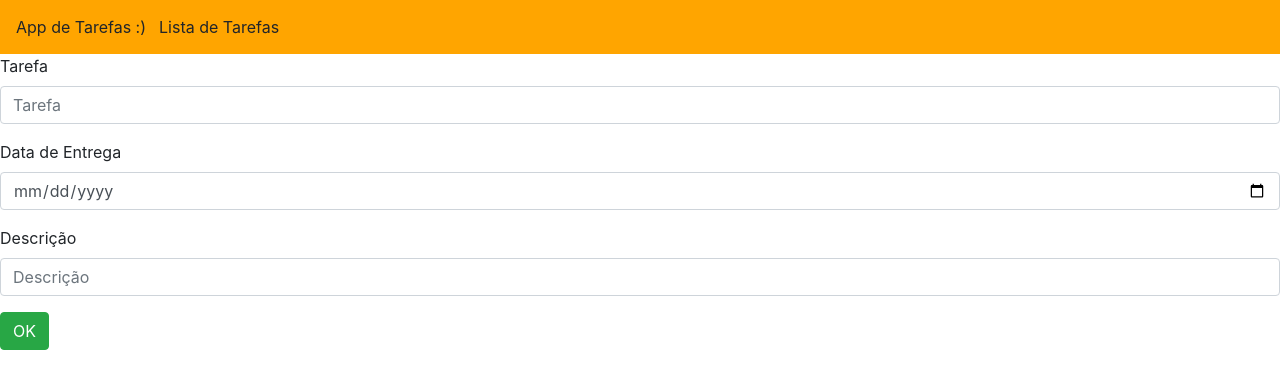
Repository: sophiaks/CRUD
Page: http://localhost/Projeto1/Views/adiciona.jsp
An editor plug-in stored every save of this project. The page is shown before and after the next save, followed by the edit.
The browser window is 1280 px wide. The pictures show the whole page.
The page is served by Tomcat 9. Nobody is signed in. The application's start-up code is not run.

Above is the page before, as saved 2020-09-23 19:23:21.

After the next save:
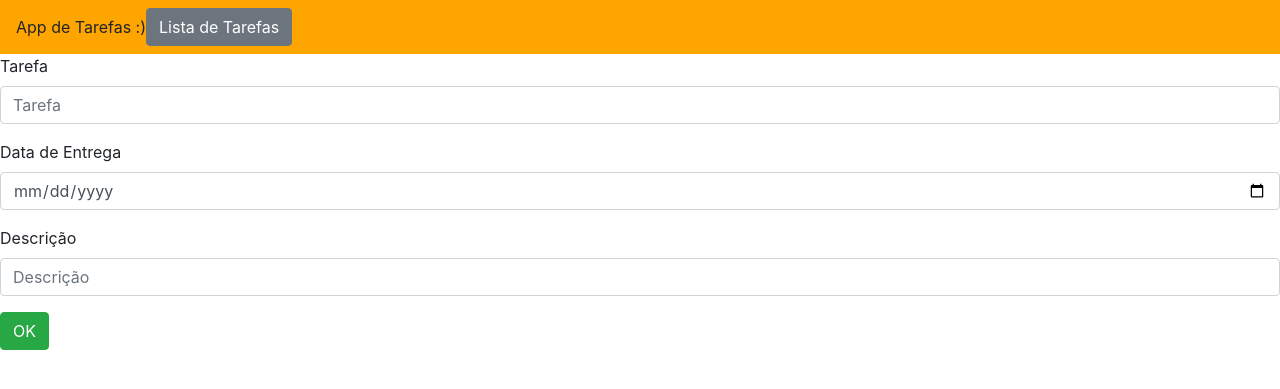
Saved 57 s later.
--- a/WorkspaceP1/Projeto1/WebContent/Views/adiciona.jsp
+++ b/WorkspaceP1/Projeto1/WebContent/Views/adiciona.jsp
@@ -21,7 +21,7 @@
 		<div>
 			App de Tarefas :)
 		</div>
-		<a href="<%=request.getContextPath()%>/Views/lista.jsp" class="btn">Lista de Tarefas</a>
+		<a href="<%=request.getContextPath()%>/Views/lista.jsp" class="btn btn-secondary">Lista de Tarefas</a>
 
 
 
